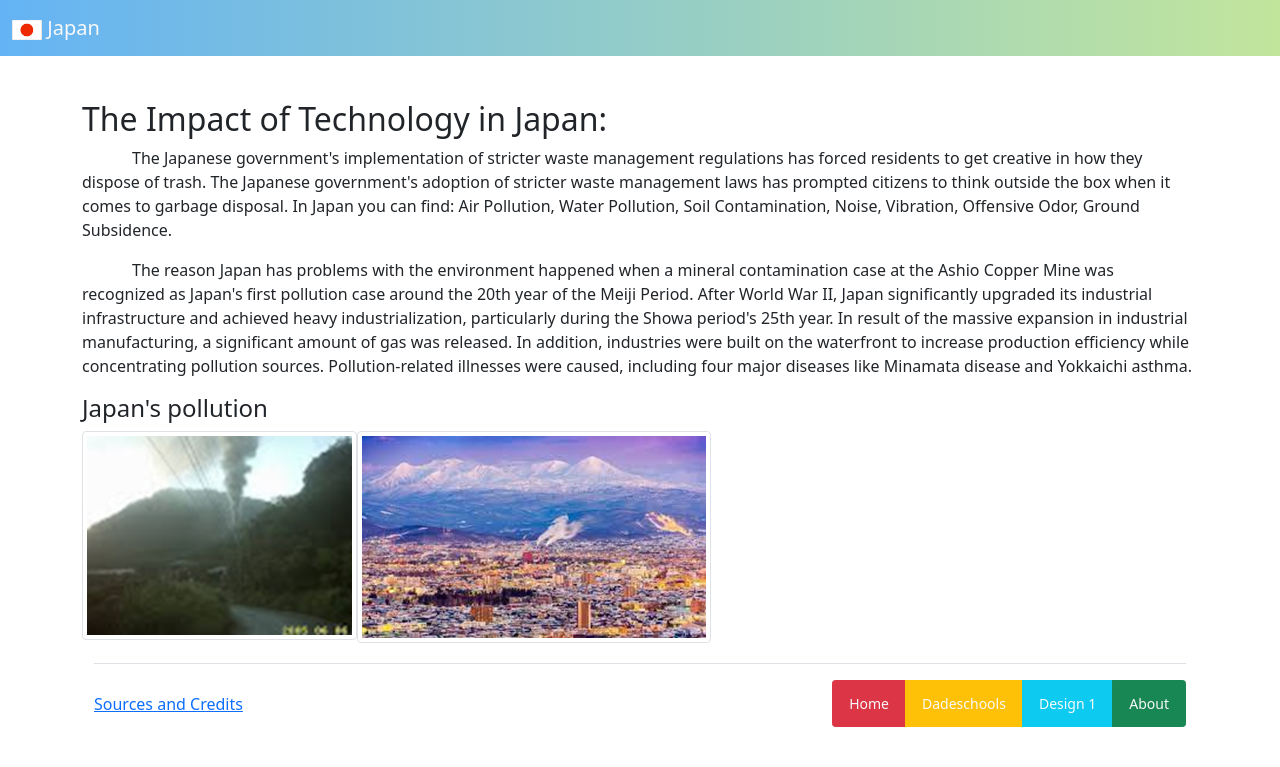
Repository: mrchilliballs/mrchilliballs.github.io
Page: untitled-2.html
The author's editor kept a copy of each file at every save. The page is drawn from the files as they stood at one save, then again after the next save.
The browser window is 1280 px wide. The pictures show the whole page.

Above is the page before, as saved 2021-09-02 18:57:20.

After the next save:
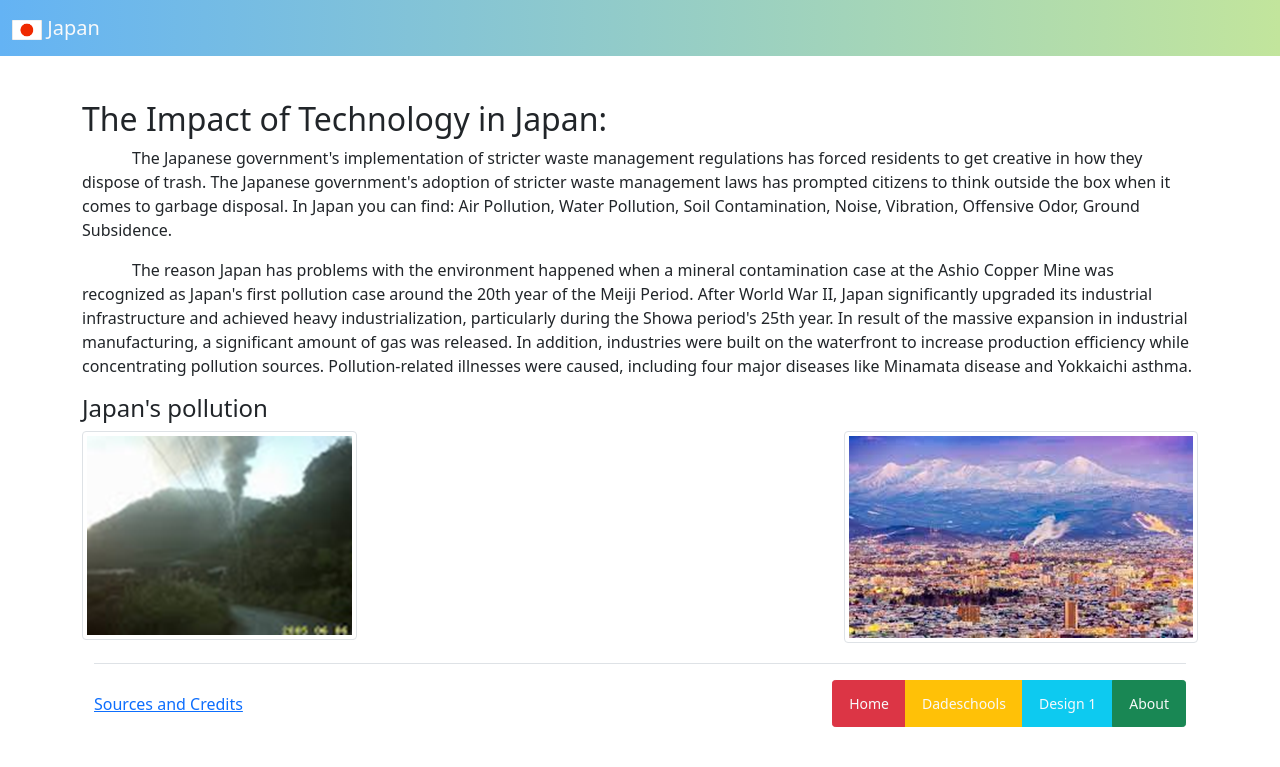
Saved 32 s later.
--- a/untitled-2.html
+++ b/untitled-2.html
@@ -37,7 +37,7 @@
     </p>
     <h4>Japan's pollution</h4>
     <div class="float-start"><img src="Picture3.png" class="rounded img-thumbnail img-fluid" alt="..."></div>
-    <div class="float-start"><img src="Picture4.png" class="rounded img-thumbnail img-fluid" alt="..."></div>
+    <div class="float-end"><img src="Picture4.png" class="rounded img-thumbnail img-fluid" alt="..."></div>
     <div style="margin-bottom: 15rem;"></div>
         <div class="container">
             <footer class="d-flex flex-wrap justify-content-between align-items-center py-3 my-4 border-top" style="">
